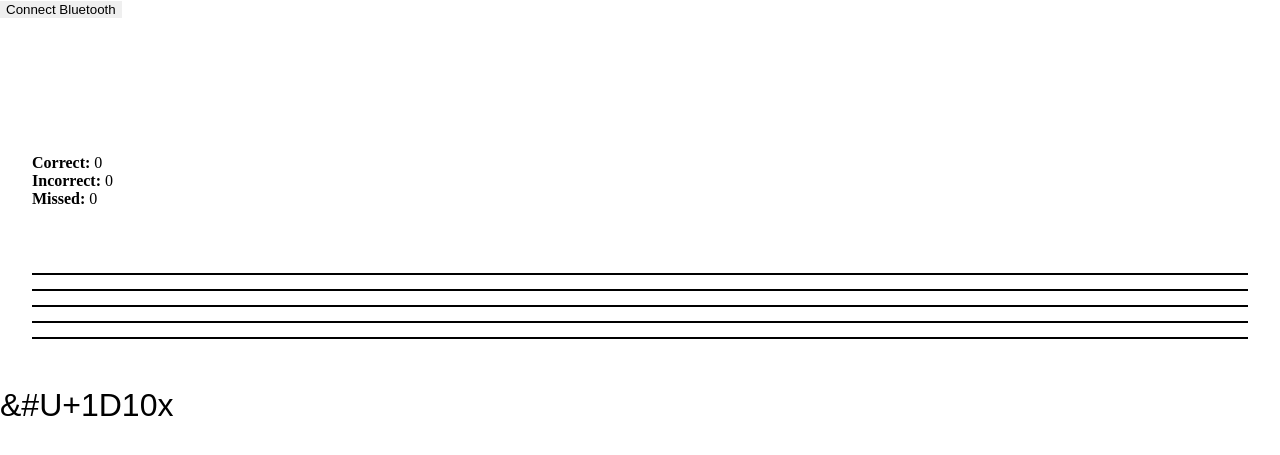
Repository: jdsuplito/pianomiditest-fork
Page: index.html
An editor plug-in stored every save of this project. The page is shown before and after the next save, followed by the edit.
The browser window is 1280 px wide. The pictures show the whole page.
Some web fonts or font styles are not loaded; a fallback is used.

Above is the page before, as saved 2024-09-10 10:30:09.

### index.html
<!DOCTYPE html>
<html lang="en">

<head>
	<meta charset="UTF-8">
	<meta name="viewport" content="width=device-width, initial-scale=1.0">
	<link rel="stylesheet" href="style.css">
	<title>Document</title>
</head>

<body>
	<button id="connect-bt-btn">Connect Bluetooth</button>
	<br>
	<code id="log-output"></code>

	<div class="score-container">
		<p><strong>Correct:</strong> <span id="correct-count">0</span></p>
		<p><strong>Incorrect:</strong> <span id="incorrect-count">0</span></p>
		<p><strong>Missed:</strong> <span id="missed-count">0</span></p>
	</div>

	<div id="treble-container">
		<div class="treble-line ln-1"></div>
		<div class="treble-line ln-2"></div>
		<div class="treble-line ln-3"></div>
		<div class="treble-line ln-4"></div>
		<div class="treble-line ln-5"></div>
	</div>
	<h1 class="notes-fonts">
		&#U+1D10x
	</h1>

	<script src="script.js"></script>
</body>

</html>

### style.css
@import url('https://fonts.googleapis.com/css2?family=Noto+Music&display=swap');

:root {
  /* Total time it takes for each note to fully travel from right to left */
  --note-speed-ms: 20000ms;
}

* {
  margin: 0;
  border: 0;
  box-sizing: border-box;
}

.notes-fonts {
  font-family: "Noto Music", sans-serif;
  font-weight: 400;
  font-style: normal;
}

.score-container {
  padding: 32px
}

#treble-container {
  position: relative;
  margin: 32px;
  height: 68px;
}

.treble-line {
  background-color: #000;
  height: 2px;
  width: 100%;
  position: absolute;
  transform: translateY(1px);
  vertical-align: baseline;
}

.treble-line.ln-1 {
  top: 0;
}

.treble-line.ln-2 {
  top: 16px;
}

.treble-line.ln-3 {
  top: 32px;
}

.treble-line.ln-4 {
  top: 48px;
}

.treble-line.ln-5 {
  top: 64px;
}

.treble-note {
  position: absolute;
  width: 24px;
  height: 16px;
  background-color: hsl(0, 0%, 0%);
  border-radius: 50%;
  transform-origin: center;
  left: calc(100% - 55px);
  transition: all 100ms linear;
  display: flex;
  align-items: center;
  justify-content: center;
}

.treble-note.c4 {
  top: calc(8px * 9 + 2px);
}

.treble-note.d4 {
  top: calc(8px * 8 + 2px);
}

.treble-note.e4 {
  top: calc(8px * 7 + 2px);
}

.treble-note.f4 {
  top: calc(8px * 6 + 2px);
}

.treble-note.g4 {
  top: calc(8px * 5 + 2px);
}

.treble-note.a4 {
  top: calc(8px * 4 + 2px);
}

.treble-note.b4 {
  top: calc(8px * 3 + 2px);
}

.treble-note.c5 {
  top: calc(8px * 2 + 2px);
}

.treble-note.d5 {
  top: calc(8px * 1 + 2px);
}

.treble-note.e5 {
  top: calc(8px * 0 + 2px);
}

.treble-note.e5 {
  top: calc(8px * 0 + 2px);
}

.treble-note.f5 {
  top: calc(8px * -1 + 2px);
}

.treble-note.g5 {
  top: calc(8px * -2 + 2px);
}

.treble-note.a5 {
  top: calc(8px * -3 + 2px);
}

/* bottom line and anoter one */
.treble-note.b5 {
  top: calc(8px * -4 + 2px);
}

.treble-note.c4::after,
.treble-note.a5::after {
  content: '';
  background-color: #000;
  width: 42px;
  height: 2px;
  position: absolute;
}

.treble-note.b5::after {
  content: '';
  background-color: #000;
  width: 42px;
  height: 2px;
  align-self: flex-end;
  position: absolute;
}

#log-output {
  display: inline-block;
  background-color: lightcyan;
  height: 100px;
  overflow: scroll;
}

### script.js
// ----------- CLEF LOGIC -----------
const TRAVEL_SPEED = 7;
const travelTimeMs = parseInt(
  window.getComputedStyle(document.body).getPropertyValue("--note-speed-ms")
);
const trebleContainer = document.querySelector("#treble-container");
const correctContainer = document.querySelector("#correct-count");
const incorrectContainer = document.querySelector("#incorrect-count");
const missedContainer = document.querySelector("#missed-count");

const possibleNotes = [
  { name: "c4", id: 60 },
  { name: "d4", id: 62 },
  { name: "e4", id: 64 },
  { name: "f4", id: 65 },
  { name: "g4", id: 67 },
  { name: "a4", id: 69 },
  { name: "b4", id: 71 },
  { name: "c5", id: 72 },
  { name: "d5", id: 74 },
  { name: "e5", id: 76 },
  { name: "f5", id: 77 },
  { name: "g5", id: 79 },
  { name: "a5", id: 81 },
];
const activeNotes = [];
let isGameStarted = false;

const insertTrebleNote = (noteObject) => {
  const newNote = document.createElement("div");
  newNote.classList.add("treble-note");
  newNote.classList.add(noteObject.name);
  newNote.setAttribute("data-note-id", noteObject.id);
  trebleContainer.appendChild(newNote);
  activeNotes.push(newNote);
};

function startGame() {
  isGameStarted = true;
  setInterval(() => {
    activeNotes.forEach((activeNote) => {
      const currentLeft = parseInt(window.getComputedStyle(activeNote).left);
      const newLeft = currentLeft - TRAVEL_SPEED;
      if (newLeft <= 0) {
        activeNote.remove();
        activeNotes.shift();
        missedContainer.innerText = parseInt(missedContainer.innerText) + 1;
      }
      activeNote.style.left = `${newLeft}px`;
    });
  }, 100);

  setInterval(() => {
    const newNote =
      possibleNotes[Math.floor(Math.random() * possibleNotes.length)];
    insertTrebleNote(newNote);
  }, 1000);
}

const updateClefOnKeypress = (noteId) => {
  console.log(noteId);
  const oldestActiveNoteId = parseInt(
    activeNotes[0].getAttribute("data-note-id")
  );
  if (oldestActiveNoteId === noteId) {
    activeNotes[0].remove();
    activeNotes.shift();
    correctContainer.innerText = parseInt(correctContainer.innerText) + 1;
  } else {
    incorrectContainer.innerText = parseInt(incorrectContainer.innerText) + 1;
  }
};

// ----------- BLUETOOTH CONNECTION -----------
const BT_MIDI_SERVICE_UID =
  "03B80E5A-EDE8-4B33-A751-6CE34EC4C700".toLowerCase();
const MIDI_CHARACTERISTIC_UID =
  "7772E5DB-3868-4112-A1A9-F2669D106BF3".toLowerCase();
const $connectBt = document.querySelector("#connect-bt-btn");
const $logOutput = document.querySelector("#log-output");

const printLog = (msg) => {
  $logOutput.innerHTML = $logOutput.innerHTML + "<br>" + msg;
  $logOutput.scrollTo(0, $logOutput.scrollHeight);
};

$connectBt.addEventListener("click", () => {
  navigator.bluetooth
    .requestDevice({ filters: [{ services: [BT_MIDI_SERVICE_UID] }] })
    .then((device) => {
      console.log("Bluetooth Device Details: ", device);
      printLog(`Connected to device: ${device.name} (id: ${device.id})`);

      return device.gatt.connect();
    })
    .then((btRemoteGattServer) => {
      console.log("btRemoteGattServer", btRemoteGattServer);
      printLog(`Is GATT server connected? ${btRemoteGattServer.connected}`);
      printLog("Getting GATT server primary service...");

      return btRemoteGattServer.getPrimaryService(BT_MIDI_SERVICE_UID);
    })
    .then((btRemoteGattService) => {
      console.log("btRemoteGattService", btRemoteGattService);
      printLog(
        `BT Remote GATT Service UUID: ${btRemoteGattService.uuid} (isPrimary?: ${btRemoteGattService.isPrimary})`
      );

      return btRemoteGattService.getCharacteristic(MIDI_CHARACTERISTIC_UID);
    })
    .then((btRemoteGattCharacteristic) => {
      console.log("btRemoteGattCharacteristic", btRemoteGattCharacteristic);
      printLog(
        `btRemoteGattCharacteristic UUID: ${btRemoteGattCharacteristic.uuid}`
      );
      printLog(`btRemoteGattCharacteristic Starting notifications...`);
      printLog(
        `--------- NADEDETECT NA ANG PIANO KEYS AT NOTE TRAINER WITH RANDOMIZER NA LANG ANG KULANG PARA MASAYA ---------`
      );

      btRemoteGattCharacteristic.startNotifications().then(() => {
        btRemoteGattCharacteristic.addEventListener(
          "characteristicvaluechanged",
          handleMIDIMessage
        );
      });
    })
    .catch((error) => {
      console.error(error);
    });
});

const PIANO_KEYDOWN_INT = 144;
const OCTAVE_KEY_COUNT = 12;
const pianoKeyMaps = [
  { name: "C", note: 0 },
  { name: "C# (or Db)", note: 1 },
  { name: "D", note: 2 },
  { name: "D# (or Eb)", note: 3 },
  { name: "E", note: 4 },
  { name: "F", note: 5 },
  { name: "F# (or Gb)", note: 6 },
  { name: "G", note: 7 },
  { name: "G# (or Ab)", note: 8 },
  { name: "A", note: 9 },
  { name: "A# (or Bb)", note: 10 },
  { name: "B", note: 11 },
];

function handleMIDIMessage(midiMsgEvent) {
  if (!isGameStarted) {
    startGame();
  }

  const value = event.target.value;
  const data = [];

  for (let i = 0; i < value.byteLength; i++) {
    data.push(value.getUint8(i));
  }

  const [status, data1, data2, note, velocity] = data;

  // Do nothing except when piano keydown (ignore keyup events)
  if (data2 !== PIANO_KEYDOWN_INT) return;

  const octavePosition = note % OCTAVE_KEY_COUNT;
  const keyNote = pianoKeyMaps.find((keyMap) => keyMap.note === octavePosition);

  console.log("Received MIDI data:", data);
  printLog(`Key: ${keyNote?.name} | Note Id: ${note} | Velocity: ${velocity}`);
  updateClefOnKeypress(note);
}

After the next save:
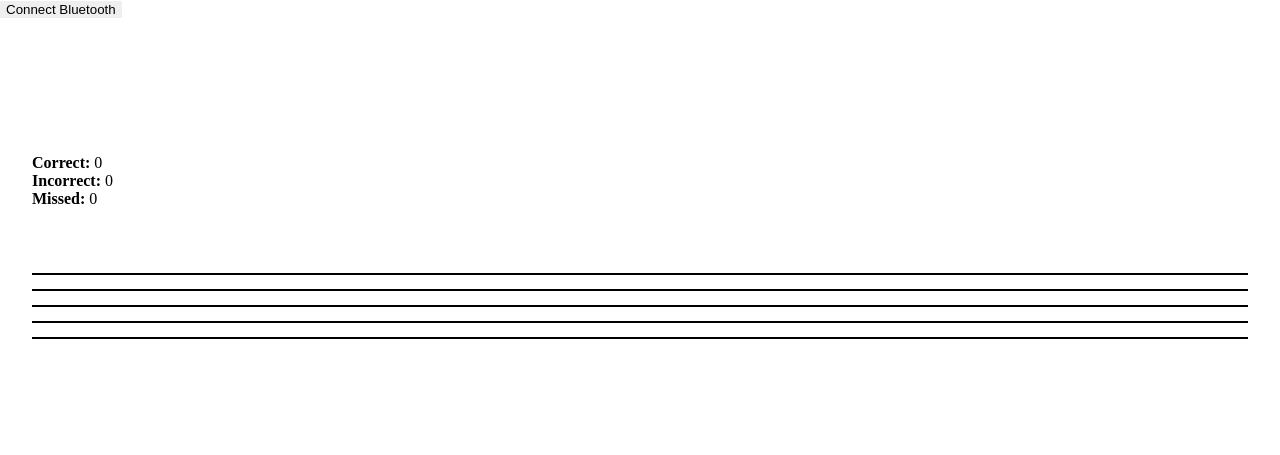
Saved 11 min 37 s later.
--- a/index.html
+++ b/index.html
@@ -26,9 +26,6 @@
 		<div class="treble-line ln-4"></div>
 		<div class="treble-line ln-5"></div>
 	</div>
-	<h1 class="notes-fonts">
-		&#U+1D10x
-	</h1>
 
 	<script src="script.js"></script>
 </body>
